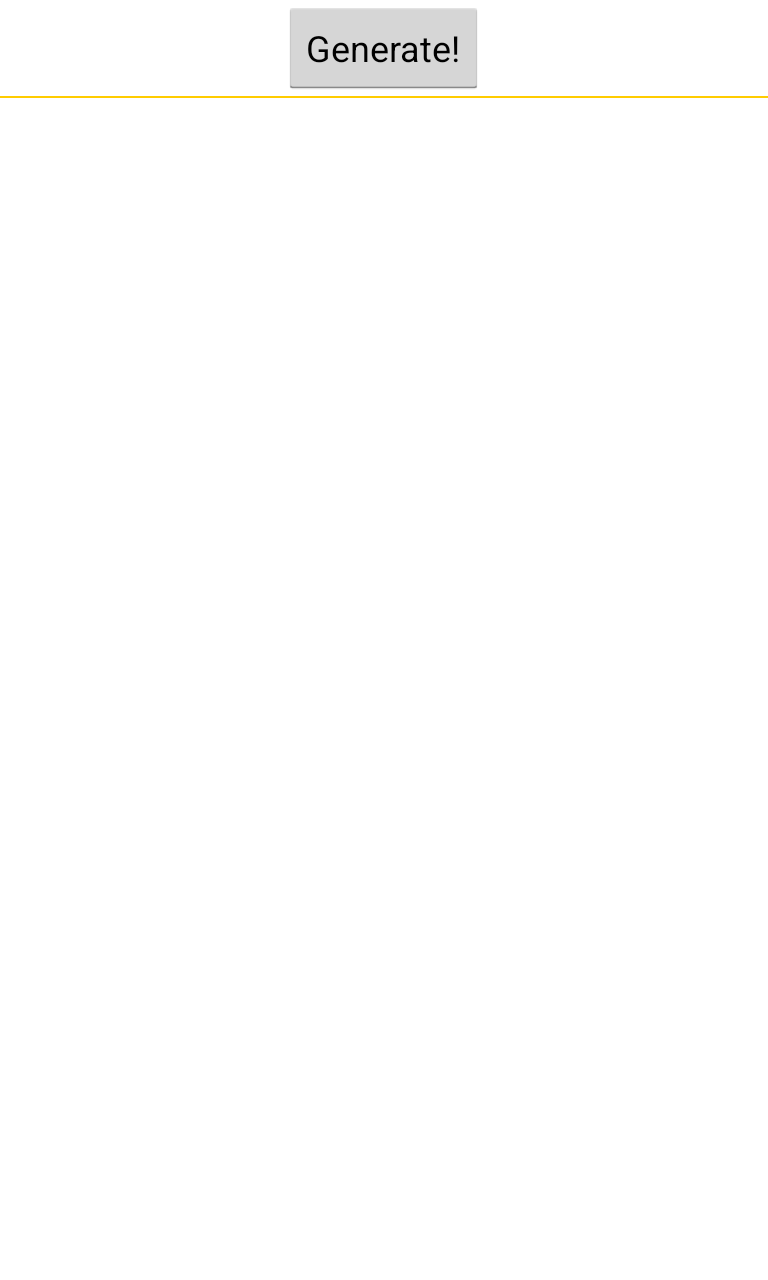
Repository: pierluigi-failla/ingress-passcodes-generator
Layout: android/IngressPasscodesGenerator/res/layout/activity_main.xml
The author's editor kept a copy of each file at every save. The layout is drawn from the files as they stood at one save, then again after the next save.
It is drawn on a 768 x 1280 px phone screen (xhdpi) without system bars, with theme AppTheme; the app's code is not run. Lists and similar views that code fills are empty.

Above is the layout before, as saved 2013-01-22 19:14:05.

After the next save:
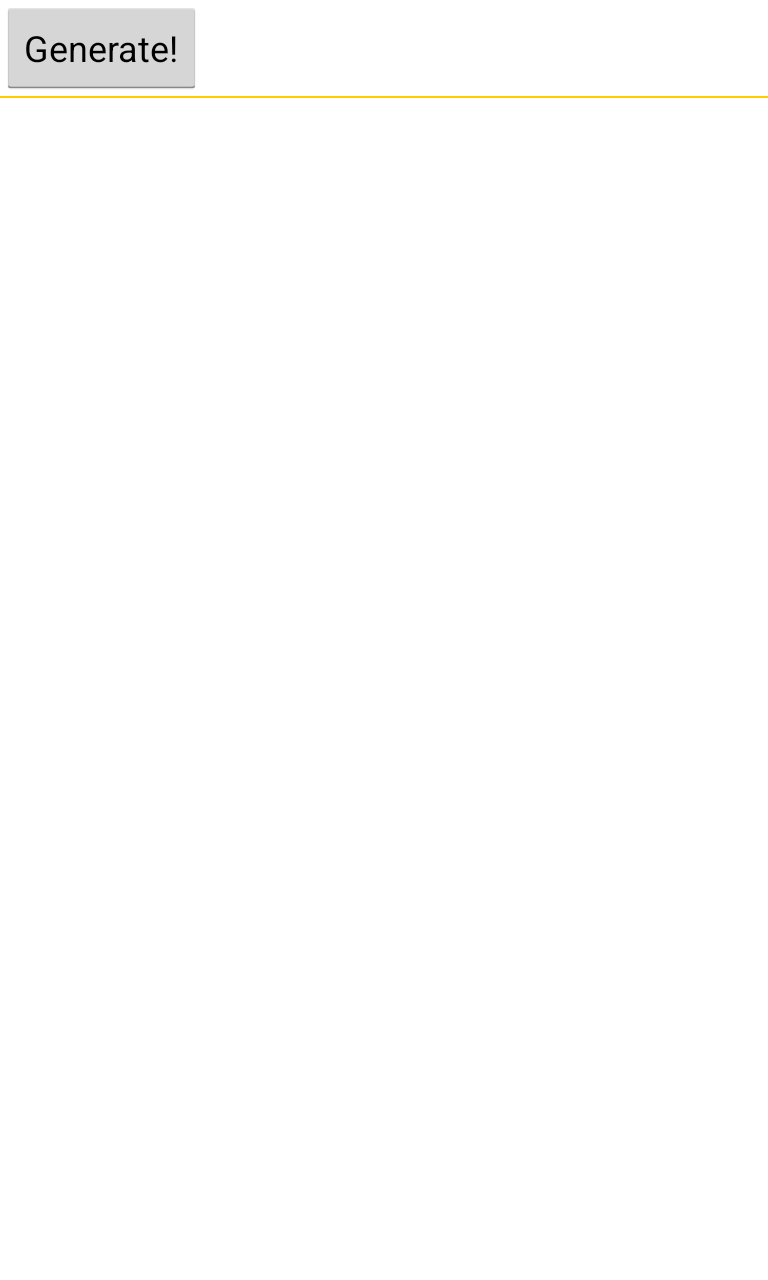
Saved 3 min 25 s later.
--- a/android/IngressPasscodesGenerator/res/layout/activity_main.xml
+++ b/android/IngressPasscodesGenerator/res/layout/activity_main.xml
@@ -10,13 +10,20 @@
         android:layout_height="fill_parent"
         android:orientation="vertical" >
 
-        <Button
-            android:id="@+id/button1"
-            android:layout_width="wrap_content"
+        <LinearLayout
+            android:layout_width="fill_parent"
             android:layout_height="wrap_content"
-            android:layout_gravity="center_horizontal"
-            android:layout_weight="0"
-            android:text="@string/button_generate" />
+            android:orientation="horizontal" >
+
+            <Button
+                android:id="@+id/button1"
+                android:layout_width="wrap_content"
+                android:layout_height="wrap_content"
+                android:layout_gravity="center_horizontal"
+                android:layout_weight="0"
+                android:text="@string/button_generate" />
+
+        </LinearLayout>
 
         <View
             android:layout_width="fill_parent"
@@ -24,23 +31,12 @@
             android:background="#FFCC00"
             android:padding="5dp" />
 
-<!--         <LinearLayout -->
-<!--             android:layout_width="fill_parent" -->
-<!--             android:layout_height="fill_parent" -->
-<!--             android:orientation="vertical" > -->
+        <ListView
+            android:id="@+id/listView"
+            android:layout_width="fill_parent"
+            android:layout_height="fill_parent" >
+        </ListView>
 
-<!--             <ScrollView -->
-<!--                 android:id="@+id/scrollView" -->
-<!--                 android:layout_width="fill_parent" -->
-<!--                 android:layout_height="fill_parent" > -->
-
-                <ListView
-                    android:id="@+id/listView"
-                    android:layout_width="fill_parent"
-                    android:layout_height="fill_parent" >
-                </ListView>
-<!--             </ScrollView> -->
-<!--         </LinearLayout> -->
     </LinearLayout>
 
 </RelativeLayout>
